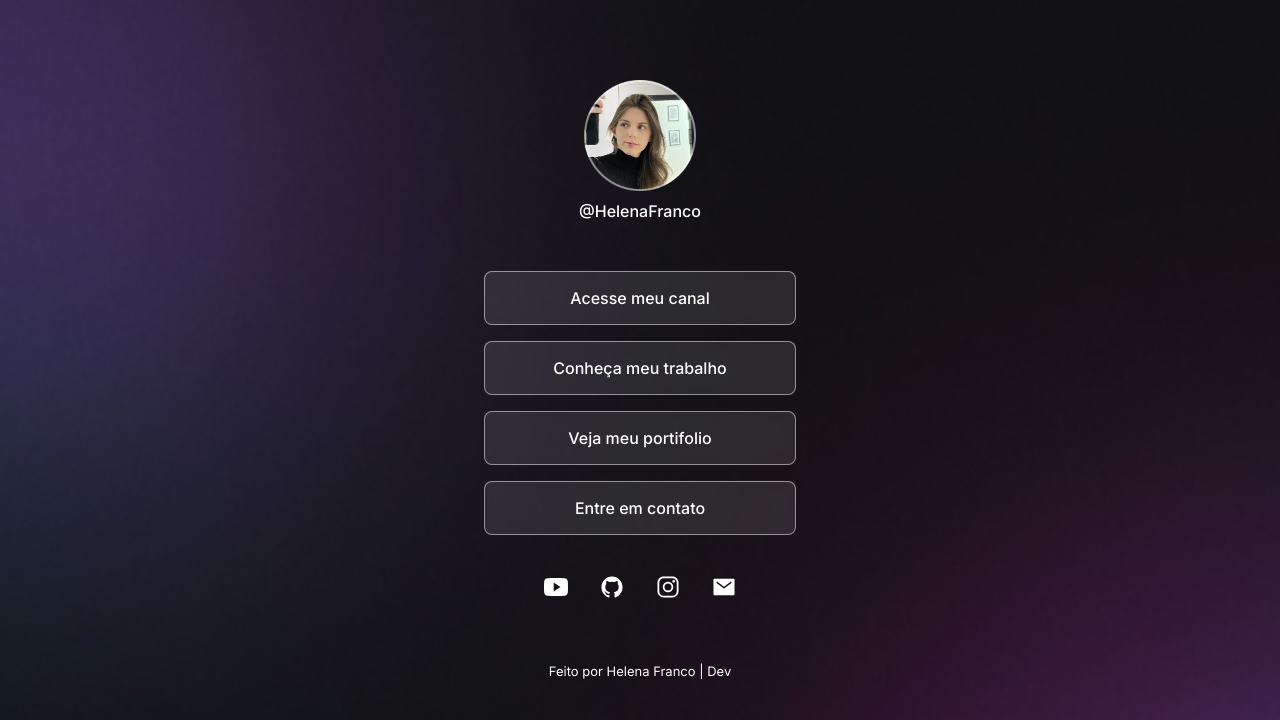
Repository: Fr4nc021/Pagina-de-links-
Page: index.html
The author's editor kept a copy of each file at every save. The page is drawn from the files as they stood at one save, then again after the next save.
The browser window is 1280 px wide. The pictures show the whole page.

Above is the page before, as saved 2025-02-13 20:45:10.

After the next save:
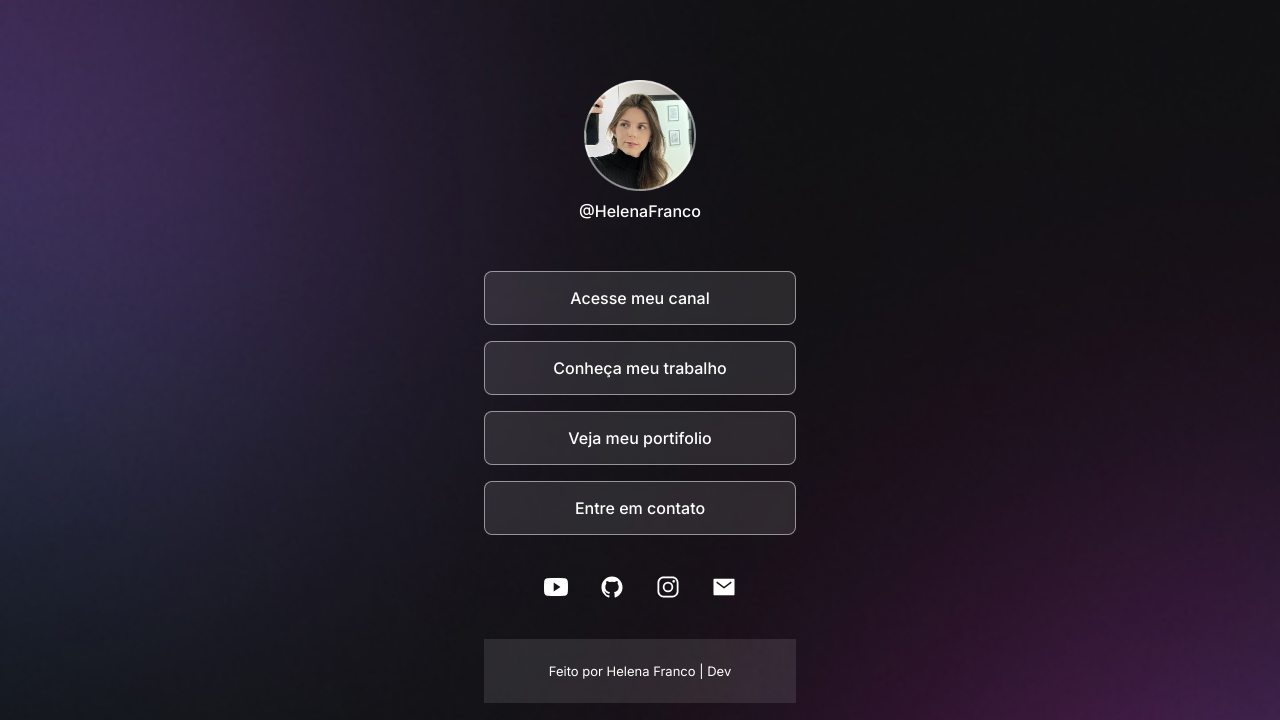
Saved 13 s later.
--- a/style.css
+++ b/style.css
@@ -106,4 +106,5 @@ ul li a {
         text-align: center;
         margin-top: 24px;
         font-size: small;
+        background: rgba(255, 255, 255, 0.1);
     }

After the save that followed:
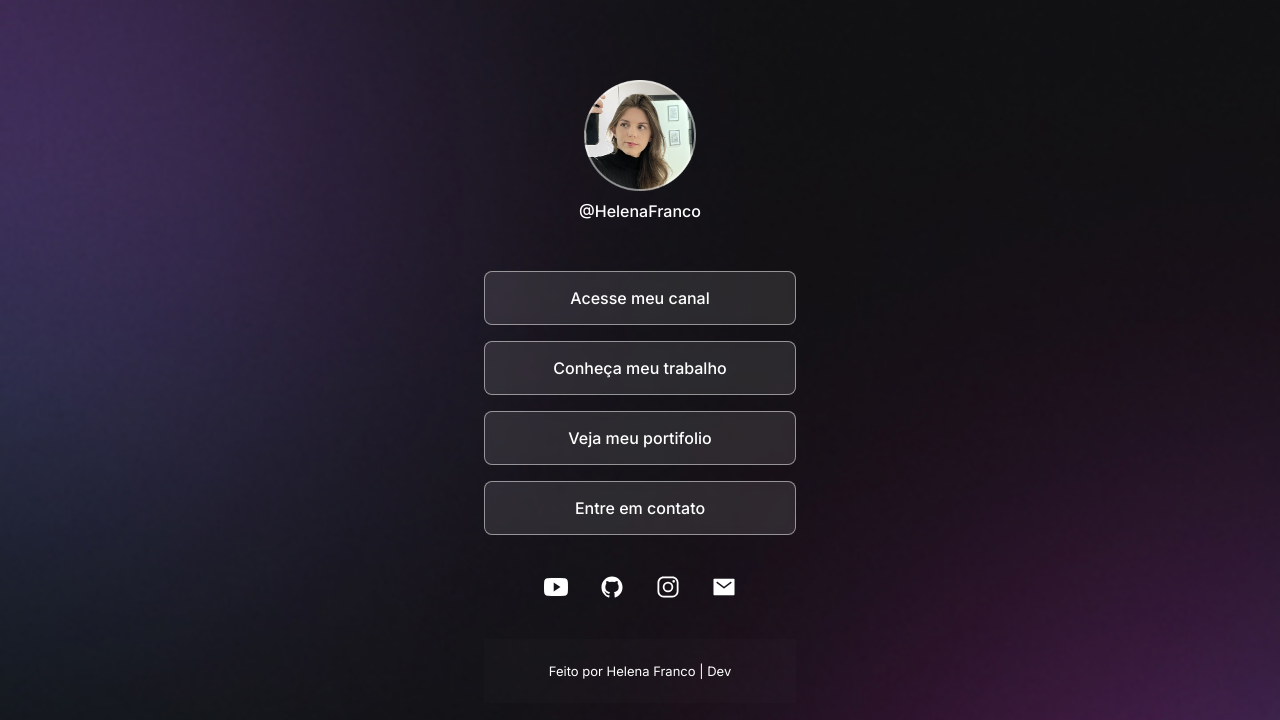
Saved 6 s later.
--- a/style.css
+++ b/style.css
@@ -106,5 +106,5 @@ ul li a {
         text-align: center;
         margin-top: 24px;
         font-size: small;
-        background: rgba(255, 255, 255, 0.1);
+        background: rgba(255, 255, 255, 0.01);
     }
